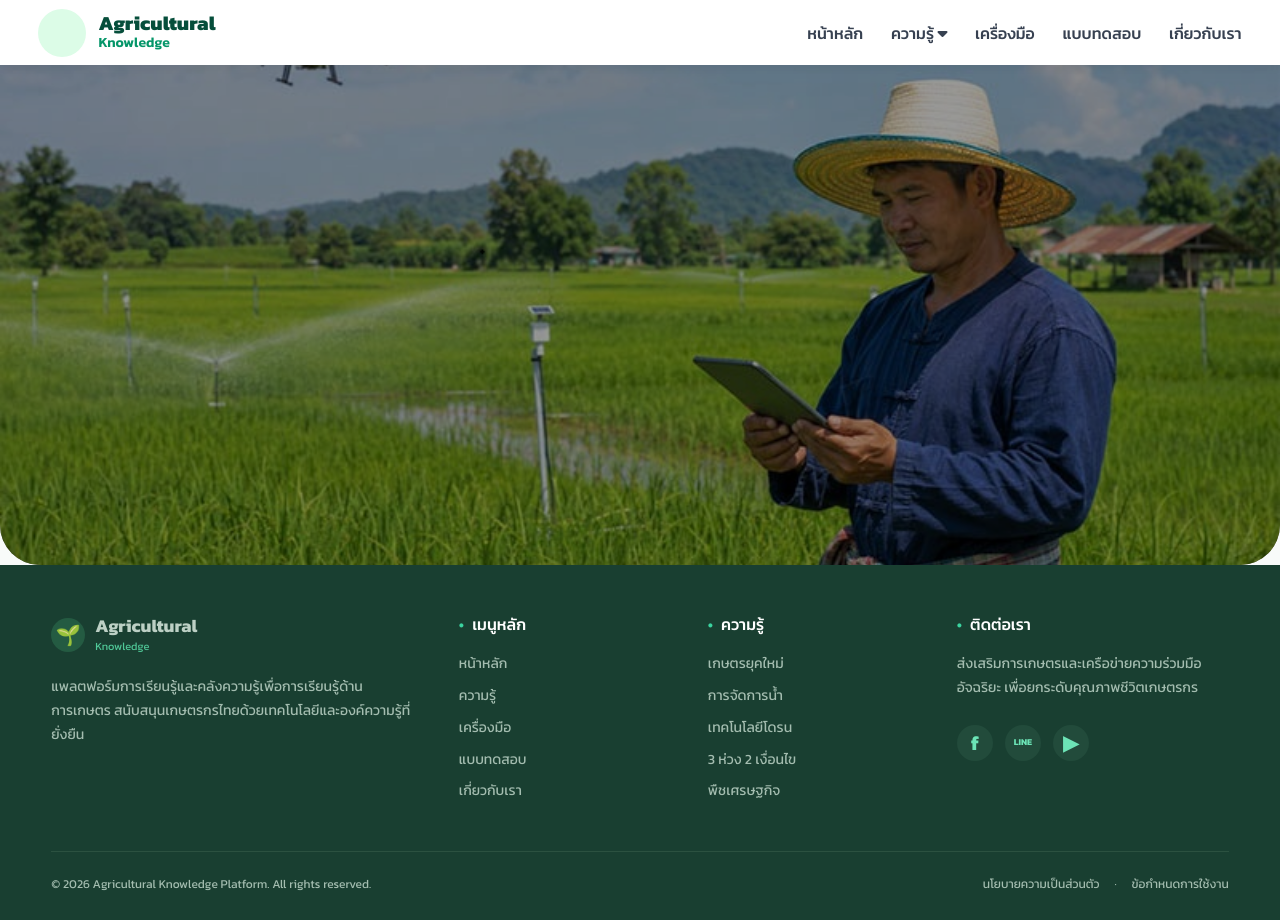
Repository: nuwat-wa/Project-WebdesignAG
Page: ag1.html
An editor plug-in stored every save of this project. The page is shown before and after the next save, followed by the edit.
The browser window is 1280 px wide. The pictures show the whole page.

Above is the page before, as saved 2026-09-24 18:29:07.

After the next save:
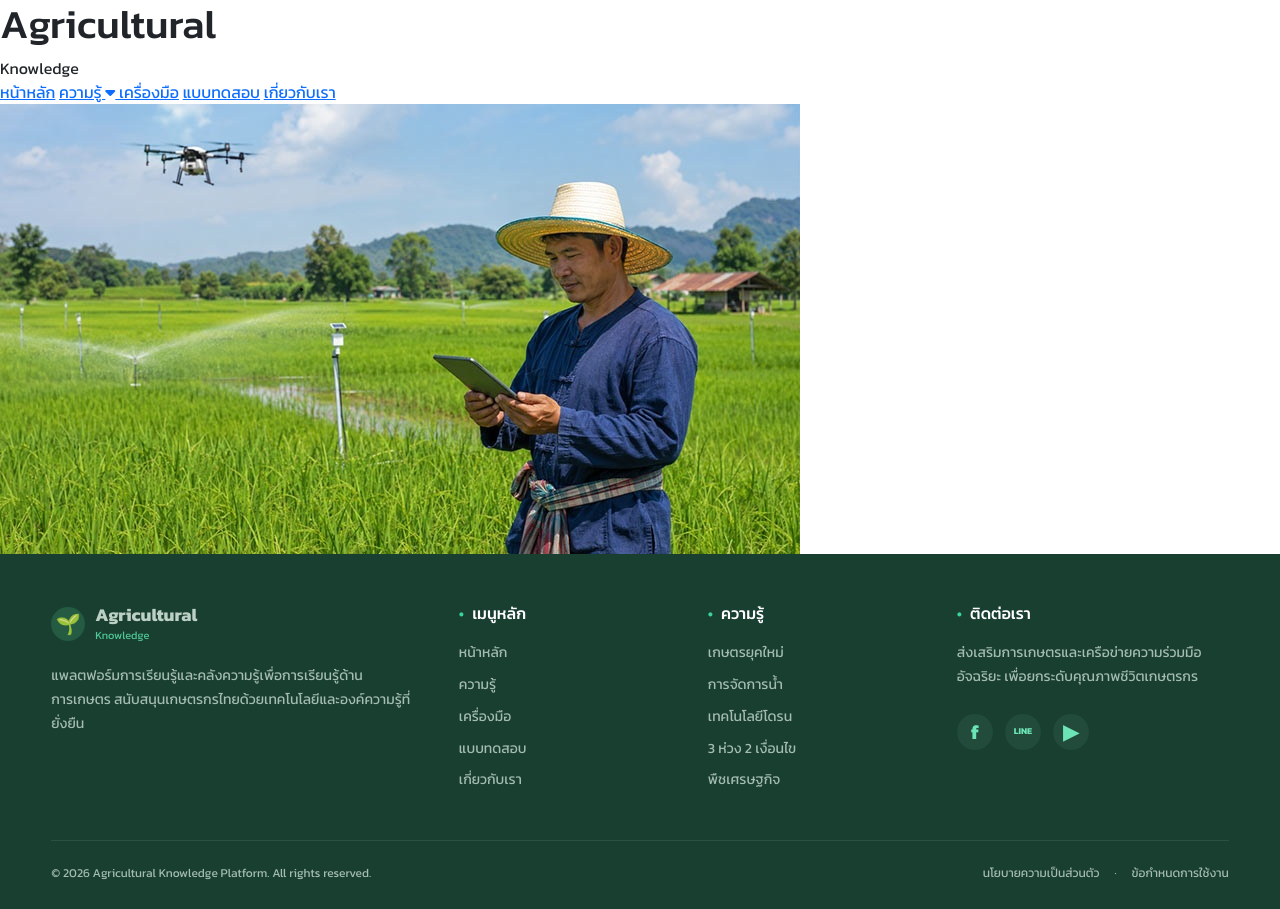
Saved 4 s later.
--- a/ag1.css
+++ b/ag1.css
@@ -10,7 +10,7 @@
 
 html {
   scrollbar-width: none;      /* Firefox */
-  -ms-overflow-style: none;   /* IE / Edge เก่า */
+  -ms-overflow-style: none;   /* IE / Edge เก่า *
 }
 
 html::-webkit-scrollbar {

After the 2 saves that followed:
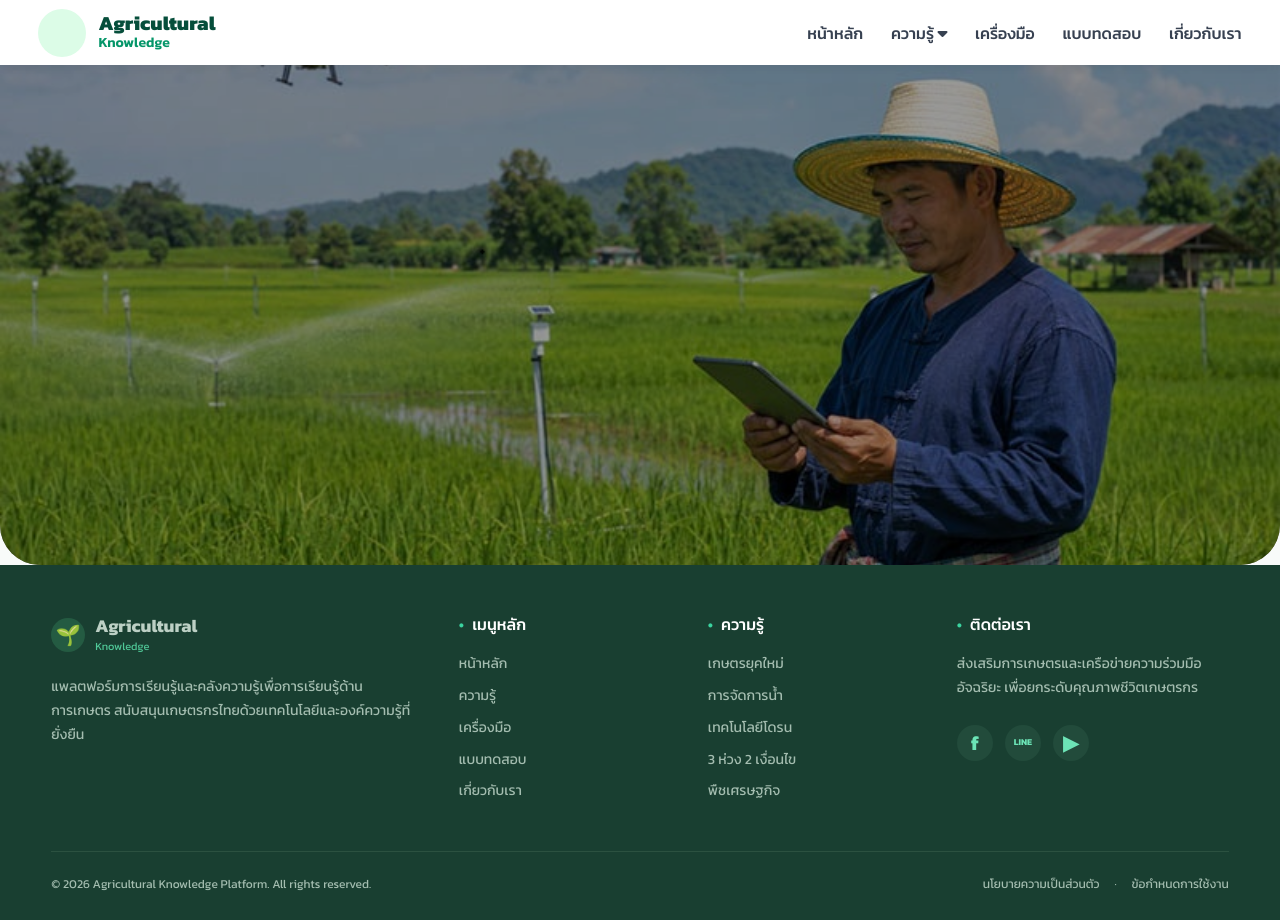
The 2 saves are shown as one change because they came seconds apart.
The last was saved 8 s later.
--- a/ag1.css
+++ b/ag1.css
@@ -10,7 +10,7 @@
 
 html {
   scrollbar-width: none;      /* Firefox */
-  -ms-overflow-style: none;   /* IE / Edge เก่า *
+  -ms-overflow-style: none;
 }
 
 html::-webkit-scrollbar {
